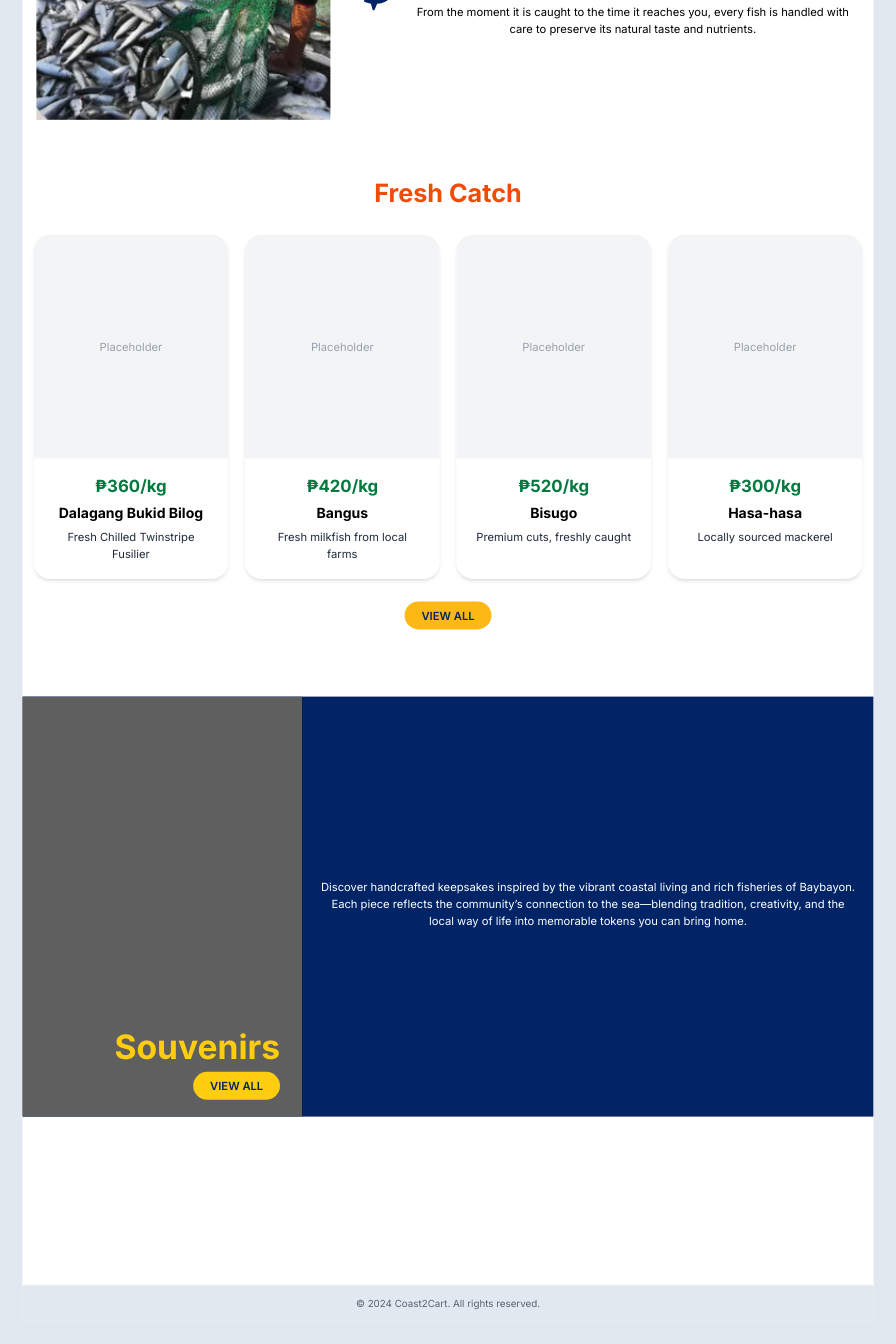
Repository: Coast2Card/coast2cart-frontend
Page: /
These files come from the project's save history. The page is drawn as it stood at one moment and after a run of saves; the edit follows.
The browser window is 1280 px wide. The pictures show the part of the page from y = 1873 to 3793 px (the page is 3793 px tall), at 70% of full size.
Pictures or frames that could not be fetched are drawn as grey boxes. The project was rebuilt for these pictures with package versions that can differ from the ones it lists, and the page was loaded fresh each time. Also part of the build but not shown: vite.config.js, src/components/home/ItemCard.jsx, src/pages/Seafood.jsx, src/pages/Souvenirs.jsx, src/pages/About.jsx, src/pages/Cart.jsx, src/pages/Profile.jsx, src/pages/Colors.jsx.

Above is the page before, as saved 2025-09-08 15:01:08.

After the next 4 saves:
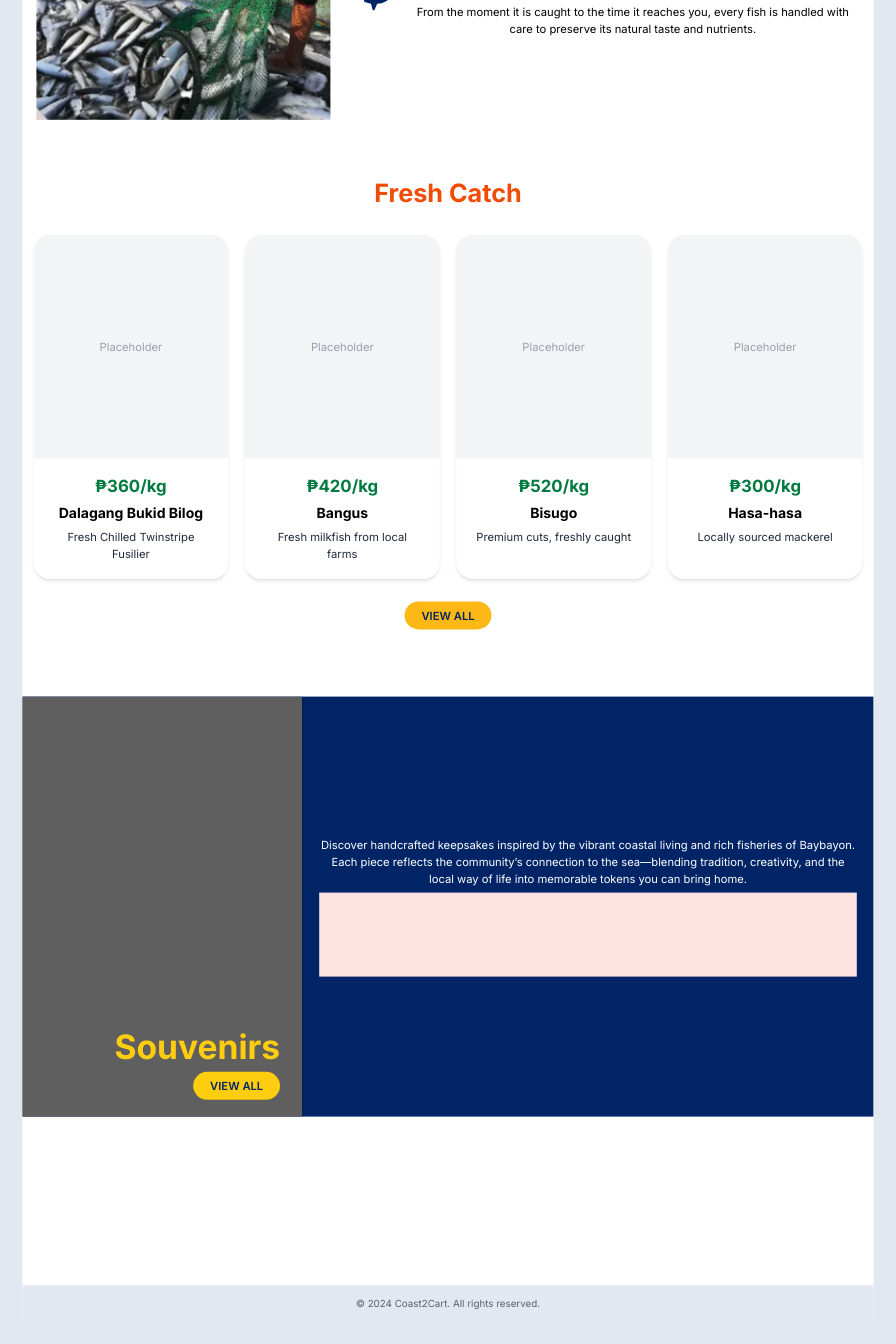
The 4 saves are shown as one change because they came seconds apart.
The last was saved 9 s later.
--- a/src/components/home/HomeSouvenirs.jsx
+++ b/src/components/home/HomeSouvenirs.jsx
@@ -29,7 +29,7 @@ const HomeSouvenirs = () => {
           connection to the sea—blending tradition, creativity, and the local
           way of life into memorable tokens you can bring home.
         </p>
-        <section className="flex grid-cols-1 gap-2">
+        <section className="flex grid-cols-1 bg-red-100 w-full h-30 gap-2">
           {freshCatchItems.map((item, index) => {
             <ItemCard
               title={item.title}
